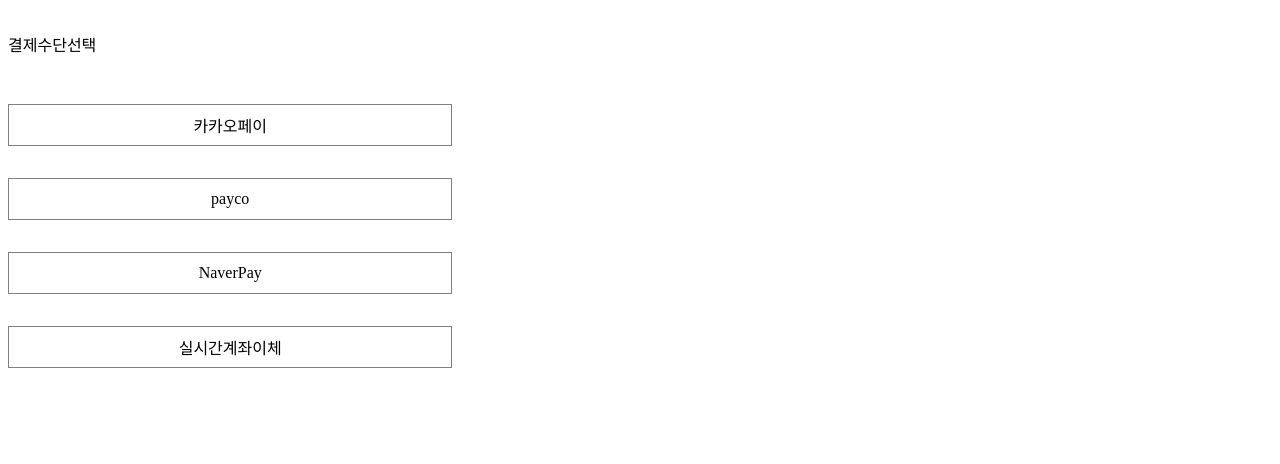
Repository: seungsu12/carrot
Page: http://localhost/carrot/orderform_third.jsp
These files come from the project's save history. The page is drawn as it stood at one moment and after the next save; the edit follows.
The browser window is 1280 px wide. The pictures show the whole page.
The page is served by Tomcat 9. Other server files are loaded and not shown.

Above is the page before, as saved 2021-10-03 06:39:40.

### carrot/WebContent/orderform_third.jsp
<%@ page language="java" contentType="text/html; charset=UTF-8"
    pageEncoding="UTF-8"%>
<!DOCTYPE html>
<html>
<style>

	.order_form_third_title{
		margin-top : 2rem;
		margin-bottom : 2rem;
	}

	.pay_list{
		margin-top : 3rem;
		display : flex;
		flex-direction : column;
		width : 50%;
	}
	.pay_list div{
		margin-bottom : 2rem;
		border : 1px solid grey;
		width: 70%;
		height: 2.5rem;
		display: flex;
    	justify-content: center;
    	align-items: center;
	}
</style>
<div class="order_form_third_wrapper">

	<div class="order_form_third_title">
		결제수단선택
	</div>
	<div class="pay_list">
		<div>
			카카오페이
		</div>
		<div>
			payco
		</div>
		<div>
			NaverPay
		</div>
		<div>
			실시간계좌이체
		</div>
	</div>
</div>
</html>

After the next save:
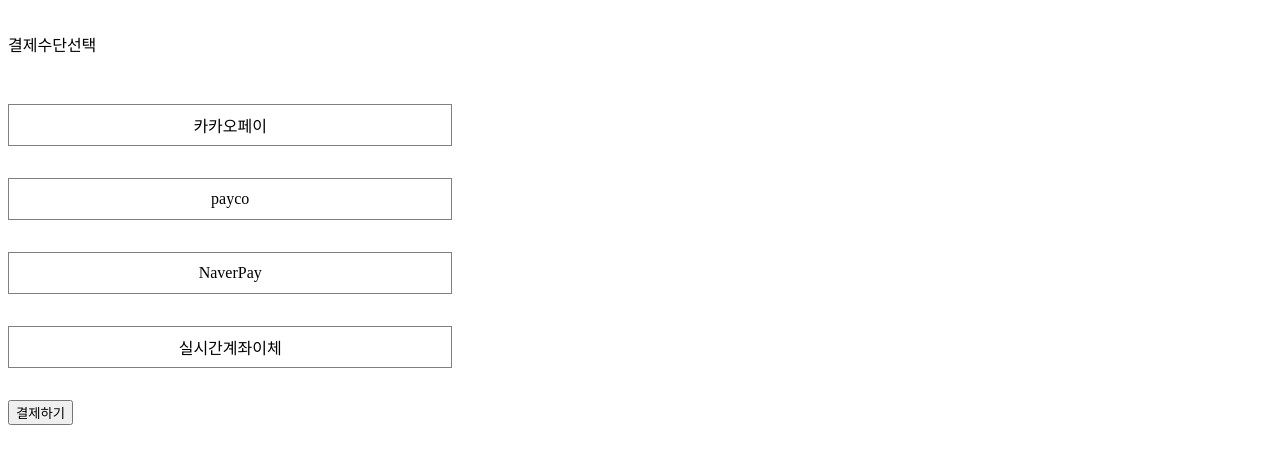
Saved 49 s later.
--- a/carrot/WebContent/orderform_third.jsp
+++ b/carrot/WebContent/orderform_third.jsp
@@ -44,5 +44,11 @@
 			실시간계좌이체
 		</div>
 	</div>
+
+
+	<div class="long">
+		<button>결제하기</button>
+
+	</div>
 </div>
 </html>
